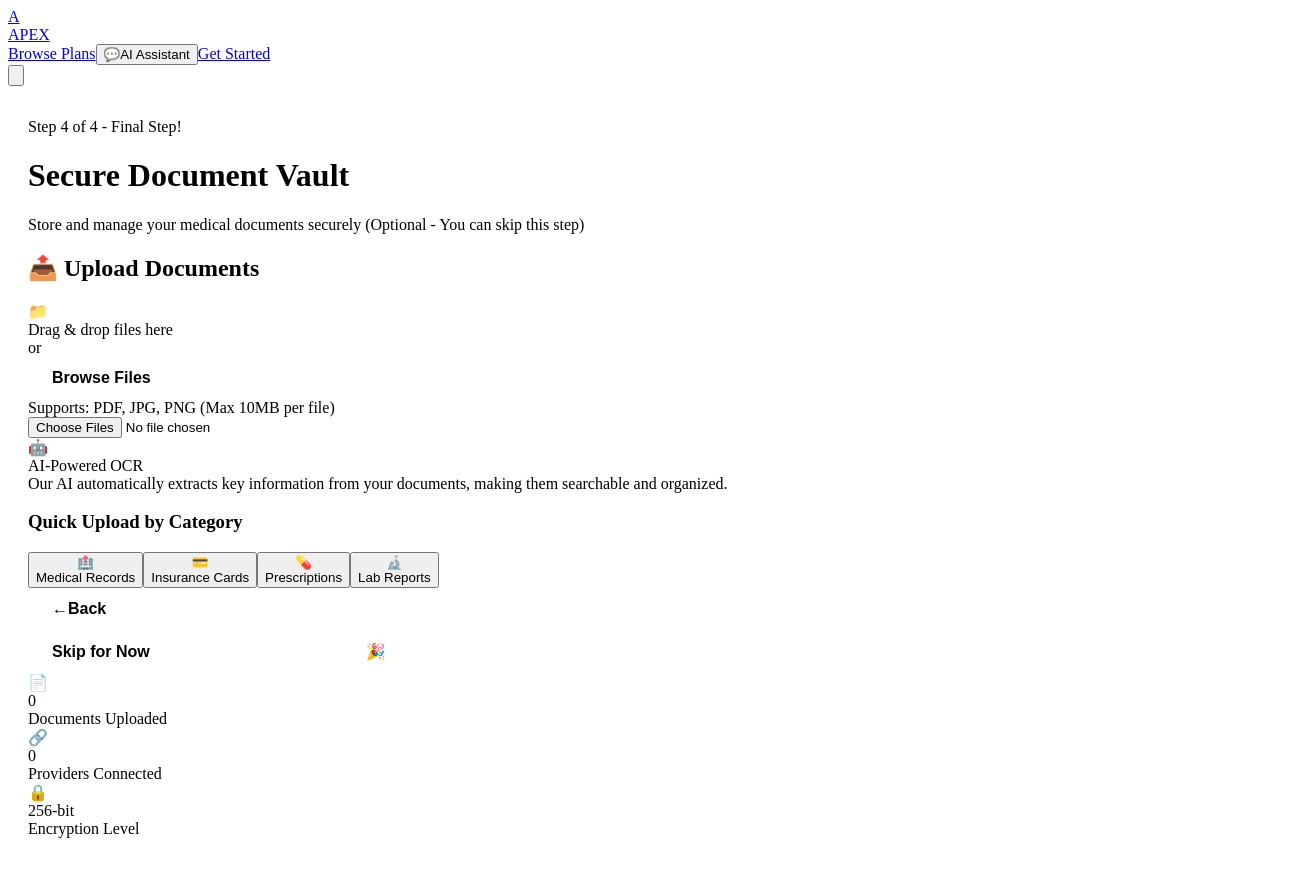
Repository: hmhhmm/Apex-AI-Driven-Insurance-Recommendation-System
Page: /onboarding/documents (app in client/)
The author's editor kept a copy of each file at every save. The page is drawn from the files as they stood at one save, then again after the next save.
The browser window is 1280 px wide. The page is 1312 px wide, then 1280 px, then 1312 px, so the pictures cover 1312 px, including what lies to the right of the window. The pictures show the whole page.
The project was rebuilt for these pictures with package versions that can differ from the ones it lists, and the page was loaded fresh each time. Also part of the build but not shown: client/src/components/chat/ChatHeader.tsx, client/src/components/chat/ChatMessages.tsx, client/src/components/chat/QuickActions.tsx, client/src/components/chat/ChatInput.tsx, client/src/pages/Landing.tsx, client/src/pages/Dashboard.tsx, client/src/pages/Claims.tsx, client/src/store/cartStore.ts and 9 more.

Above is the page before, as saved 2025-11-01 19:17:43.

### client/index.html
<!DOCTYPE html>
<html lang="en">
  <head>
    <meta charset="UTF-8" />
    <meta name="viewport" content="width=device-width, initial-scale=1.0" />
    <title>APEX</title>
  </head>
  <body>
    <div id="root"></div>
    <script type="module" src="/src/main.tsx"></script>
  </body>
</html>

### client/src/main.tsx
import React from 'react'
import { createRoot } from 'react-dom/client'
import App from './App'
import './styles.css'

const container = document.getElementById('root')!
const root = createRoot(container)
root.render(
  <React.StrictMode>
    <App />
  </React.StrictMode>
)

### client/src/store/authStore.ts
import { create } from 'zustand'
import { persist } from 'zustand/middleware'

interface User {
  id: string
  email: string
  name: string
  hasPurchased: boolean
  activePlans?: any[]
}

interface AuthState {
  user: User | null
  isAuthenticated: boolean
  login: (email: string, password: string) => Promise<void>
  signup: (email: string, password: string, name: string) => Promise<void>
  logout: () => void
}

export const useAuthStore = create<AuthState>()(
  persist(
    (set) => ({
      user: null,
      isAuthenticated: false,

      login: async (email, password) => {
        // Mock login - replace with real API call
        await new Promise(resolve => setTimeout(resolve, 1000))

        const mockUser: User = {
          id: '1',
          email,
          name: email.split('@')[0],
          hasPurchased: false,
        }

        set({ user: mockUser, isAuthenticated: true })
      },

      signup: async (email, password, name) => {
        // Mock signup - replace with real API call
        await new Promise(resolve => setTimeout(resolve, 1000))

        const mockUser: User = {
          id: Math.random().toString(36).substr(2, 9),
          email,
          name,
          hasPurchased: false,
        }

        set({ user: mockUser, isAuthenticated: true })
      },

      logout: () => {
        set({ user: null, isAuthenticated: false })
      },
    }),
    {
      name: 'apex-auth',
    }
  )
)

### client/src/hooks/useChatPanel.ts
import { useEffect } from 'react'
import { useLocation } from 'react-router-dom'
import { useChatPanelStore } from '../store/chatPanelStore'

export const useChatPanel = () => {
  const location = useLocation()
  const {
    isOpen,
    messages,
    isTyping,
    openChat,
    closeChat,
    toggleChat,
    sendMessage,
    setContext,
    markAsRead
  } = useChatPanelStore()

  // Update context when route changes
  useEffect(() => {
    setContext(location.pathname)
  }, [location.pathname, setContext])

  // Get unread message count
  const unreadCount = messages.filter(m => !m.read && m.type === 'bot').length

  return {
    isOpen,
    messages,
    isTyping,
    unreadCount,
    openChat,
    closeChat,
    toggleChat,
    sendMessage,
    markAsRead,
    currentPage: location.pathname,
  }
}

### client/src/hooks/useKeyboardShortcut.ts
import { useEffect } from 'react'

interface KeyboardShortcutOptions {
  key: string
  ctrlKey?: boolean
  metaKey?: boolean
  shiftKey?: boolean
  altKey?: boolean
  callback: () => void
}

export const useKeyboardShortcut = ({
  key,
  ctrlKey = false,
  metaKey = false,
  shiftKey = false,
  altKey = false,
  callback,
}: KeyboardShortcutOptions) => {
  useEffect(() => {
    const handleKeyDown = (event: KeyboardEvent) => {
      // Check if all modifier keys match
      const ctrlMatch = ctrlKey ? event.ctrlKey : !event.ctrlKey
      const metaMatch = metaKey ? event.metaKey : !event.metaKey
      const shiftMatch = shiftKey ? event.shiftKey : !event.shiftKey
      const altMatch = altKey ? event.altKey : !event.altKey

      // Check if key matches (case-insensitive)
      const keyMatch = event.key.toLowerCase() === key.toLowerCase()

      if (keyMatch && ctrlMatch && metaMatch && shiftMatch && altMatch) {
        event.preventDefault()
        callback()
      }
    }

    window.addEventListener('keydown', handleKeyDown)
    return () => window.removeEventListener('keydown', handleKeyDown)
  }, [key, ctrlKey, metaKey, shiftKey, altKey, callback])
}

// Specific hook for chat toggle (Cmd/Ctrl + K)
export const useChatToggleShortcut = (callback: () => void) => {
  useKeyboardShortcut({
    key: 'k',
    ctrlKey: true,
    metaKey: true, // Works for both Ctrl (Windows) and Cmd (Mac)
    callback,
  })
}

// Specific hook for closing chat (Escape)
export const useEscapeKey = (callback: () => void) => {
  useKeyboardShortcut({
    key: 'Escape',
    callback,
  })
}

### client/src/pages/onboarding/DocumentVault/index.tsx
import { useState, useRef } from 'react'
import { motion, AnimatePresence } from 'framer-motion'
import { useNavigate } from 'react-router-dom'
import { useOnboardingStore, type DocumentVaultData } from '../../../store/onboardingStore'

type TabType = 'upload' | 'import' | 'manage'

interface UploadedDoc {
  id: string
  name: string
  type: 'medical' | 'insurance' | 'prescription' | 'lab-report'
  uploadDate: string
  url: string
  size: number
}

export default function DocumentVault() {
  const navigate = useNavigate()
  const { saveDocumentVault, completeOnboarding, goToPreviousStep } = useOnboardingStore()
  const [activeTab, setActiveTab] = useState<TabType>('upload')
  const [uploadedDocs, setUploadedDocs] = useState<UploadedDoc[]>([])
  const [connectedProviders, setConnectedProviders] = useState<string[]>([])
  const [isDragging, setIsDragging] = useState(false)
  const [isProcessing, setIsProcessing] = useState(false)
  const fileInputRef = useRef<HTMLInputElement>(null)

  const docTypes = [
    { id: 'medical', label: 'Medical Records', icon: '🏥', color: 'blue' },
    { id: 'insurance', label: 'Insurance Cards', icon: '💳', color: 'purple' },
    { id: 'prescription', label: 'Prescriptions', icon: '💊', color: 'green' },
    { id: 'lab-report', label: 'Lab Reports', icon: '🔬', color: 'pink' }
  ]

  const providers = [
    { id: 'epic', name: 'Epic MyChart', icon: '🏥', connected: false },
    { id: 'kaiser', name: 'Kaiser Permanente', icon: '⚕️', connected: false },
    { id: 'anthem', name: 'Anthem Blue Cross', icon: '💙', connected: false },
    { id: 'cigna', name: 'Cigna', icon: '📋', connected: false }
  ]

  const handleFileUpload = async (files: FileList | null, type: string) => {
    if (!files) return

    const newDocs: UploadedDoc[] = Array.from(files).map(file => ({
      id: Math.random().toString(36).substr(2, 9),
      name: file.name,
      type: type as any,
      uploadDate: new Date().toISOString(),
      url: URL.createObjectURL(file),
      size: file.size
    }))

    setUploadedDocs(prev => [...prev, ...newDocs])
  }

  const handleDrop = (e: React.DragEvent) => {
    e.preventDefault()
    setIsDragging(false)
    handleFileUpload(e.dataTransfer.files, 'medical')
  }

  const connectProvider = async (providerId: string) => {
    setIsProcessing(true)
    await new Promise(resolve => setTimeout(resolve, 1500))
    setConnectedProviders(prev => [...prev, providerId])
    setIsProcessing(false)
  }

  const handleComplete = async () => {
    saveDocumentVault({
      uploadedDocs,
      connectedProviders
    })
    completeOnboarding()
    navigate('/dashboard')
  }

  const handleBack = () => {
    goToPreviousStep()
    navigate('/onboarding/dna-test')
  }

  return (
    <div className="min-h-screen bg-black py-12">
      <div className="max-w-6xl mx-auto px-4 sm:px-6 lg:px-8">

        {/* Header */}
        <motion.div
          initial={{ opacity: 0, y: 20 }}
          animate={{ opacity: 1, y: 0 }}
          className="text-center mb-12"
        >
          <div className="inline-block mb-4">
            <span className="px-4 py-2 bg-blue-950/50 text-blue-400 rounded-full text-sm font-semibold border border-blue-800/30">
              Step 4 of 4 - Final Step!
            </span>
          </div>
          <h1 className="text-4xl md:text-5xl font-bold mb-4">
            <span className="text-gradient">Secure Document Vault</span>
          </h1>
          <p className="text-xl text-gray-400 max-w-2xl mx-auto">
            Store and manage your medical documents securely (Optional - You can skip this step)
          </p>

          {/* Progress Bar */}
          <div className="mt-8 w-full bg-zinc-900 rounded-full h-2">
            <div className="bg-gradient-to-r from-blue-600 to-purple-600 h-2 rounded-full transition-all duration-500" style={{ width: '100%' }}></div>
          </div>
        </motion.div>

        {/* Upload Content */}
        <motion.div
          initial={{ opacity: 0, y: 20 }}
          animate={{ opacity: 1, y: 0 }}
          transition={{ delay: 0.2 }}
          className="space-y-6"
        >
              {/* Drag & Drop Zone */}
              <div className="card">
                <h2 className="text-2xl font-bold text-white mb-6 flex items-center gap-2">
                  <span>📤</span> Upload Documents
                </h2>

                <div
                  onDrop={handleDrop}
                  onDragOver={(e) => { e.preventDefault(); setIsDragging(true); }}
                  onDragLeave={() => setIsDragging(false)}
                  className={`border-2 border-dashed rounded-xl p-12 text-center transition-all duration-300 ${
                    isDragging
                      ? 'border-blue-500 bg-blue-950/30'
                      : 'border-zinc-700 hover:border-zinc-600'
                  }`}
                >
                  <div className="text-5xl mb-4">📁</div>
                  <div className="text-lg font-semibold text-white mb-2">
                    Drag & drop files here
                  </div>
                  <div className="text-sm text-gray-400 mb-4">or</div>
                  <button
                    type="button"
                    onClick={() => fileInputRef.current?.click()}
                    className="btn-secondary"
                  >
                    Browse Files
                  </button>
                  <div className="text-xs text-gray-500 mt-4">
                    Supports: PDF, JPG, PNG (Max 10MB per file)
                  </div>

                  <input
                    ref={fileInputRef}
                    type="file"
                    multiple
                    accept=".pdf,.jpg,.jpeg,.png"
                    onChange={(e) => handleFileUpload(e.target.files, 'medical')}
                    className="hidden"
                  />
                </div>

                {/* OCR Feature Highlight */}
                <div className="mt-6 p-4 bg-purple-950/20 rounded-lg border border-purple-800/30">
                  <div className="flex items-start gap-3">
                    <span className="text-2xl">🤖</span>
                    <div>
                      <div className="font-semibold text-white mb-1">AI-Powered OCR</div>
                      <div className="text-sm text-gray-400">
                        Our AI automatically extracts key information from your documents,
                        making them searchable and organized.
                      </div>
                    </div>
                  </div>
                </div>
              </div>

              {/* Quick Category Upload */}
              <div className="card">
                <h3 className="font-bold text-white mb-4">Quick Upload by Category</h3>
                <div className="grid md:grid-cols-4 gap-4">
                  {docTypes.map((type) => (
                    <button
                      key={type.id}
                      onClick={() => fileInputRef.current?.click()}
                      className="p-4 bg-zinc-900 hover:bg-zinc-800 rounded-xl border border-zinc-800 hover:border-blue-500 text-center transition-all duration-300"
                    >
                      <div className="text-3xl mb-2">{type.icon}</div>
                      <div className="text-sm font-medium text-white">{type.label}</div>
                    </button>
                  ))}
                </div>
              </div>
            </motion.div>

        {/* Navigation */}
        <motion.div
          initial={{ opacity: 0 }}
          animate={{ opacity: 1 }}
          transition={{ delay: 0.3 }}
          className="flex justify-between items-center mt-12"
        >
          <button
            onClick={handleBack}
            className="btn-secondary flex items-center gap-2"
          >
            <span>←</span>
            Back
          </button>

          <div className="flex gap-4">
            <button
              onClick={handleComplete}
              className="btn-secondary"
            >
              Skip for Now
            </button>

            <button
              onClick={handleComplete}
              className="btn-primary flex items-center gap-2"
            >
              Complete Onboarding
              <span>🎉</span>
            </button>
          </div>
        </motion.div>

        {/* Stats */}
        <motion.div
          initial={{ opacity: 0 }}
          animate={{ opacity: 1 }}
          transition={{ delay: 0.4 }}
          className="mt-12 grid md:grid-cols-3 gap-4"
        >
          <div className="card text-center">
            <div className="text-3xl mb-2">📄</div>
            <div className="text-2xl font-bold text-white">{uploadedDocs.length}</div>
            <div className="text-sm text-gray-500">Documents Uploaded</div>
          </div>
          <div className="card text-center">
            <div className="text-3xl mb-2">🔗</div>
            <div className="text-2xl font-bold text-white">{connectedProviders.length}</div>
            <div className="text-sm text-gray-500">Providers Connected</div>
          </div>
          <div className="card text-center">
            <div className="text-3xl mb-2">🔒</div>
            <div className="text-2xl font-bold text-white">256-bit</div>
            <div className="text-sm text-gray-500">Encryption Level</div>
          </div>
        </motion.div>
      </div>
    </div>
  )
}

### client/src/components/chat/ChatToggleButton.tsx
import { useChatPanel } from '../../hooks/useChatPanel'

const ChatToggleButton = () => {
  const { isOpen, toggleChat, unreadCount } = useChatPanel()

  return (
    <button
      onClick={toggleChat}
      className="relative flex items-center gap-2 px-4 py-2 bg-gradient-to-r from-blue-600 to-purple-600 text-white rounded-lg hover:shadow-lg hover:shadow-blue-500/50 transition-all duration-300"
      title="Toggle AI Assistant (Cmd/Ctrl + K)"
    >
      <span className="text-xl">💬</span>
      <span className="hidden sm:inline font-medium">AI Assistant</span>

      {!isOpen && unreadCount > 0 && (
        <span className="absolute -top-1 -right-1 w-5 h-5 bg-red-500 rounded-full text-xs flex items-center justify-center font-bold animate-pulse">
          {unreadCount}
        </span>
      )}
    </button>
  )
}

export default ChatToggleButton

Loaded but not shown: client/src/styles.css (704 lines, source omitted); client/src/components/layout/Navigation.tsx (172 lines, source omitted); client/src/store/chatPanelStore.ts (182 lines, source omitted); client/src/store/onboardingStore.ts (165 lines, source omitted); client/src/App.tsx (89 lines, source omitted); client/src/components/chat/ChatPanel.tsx (70 lines, source omitted)

After the next save:
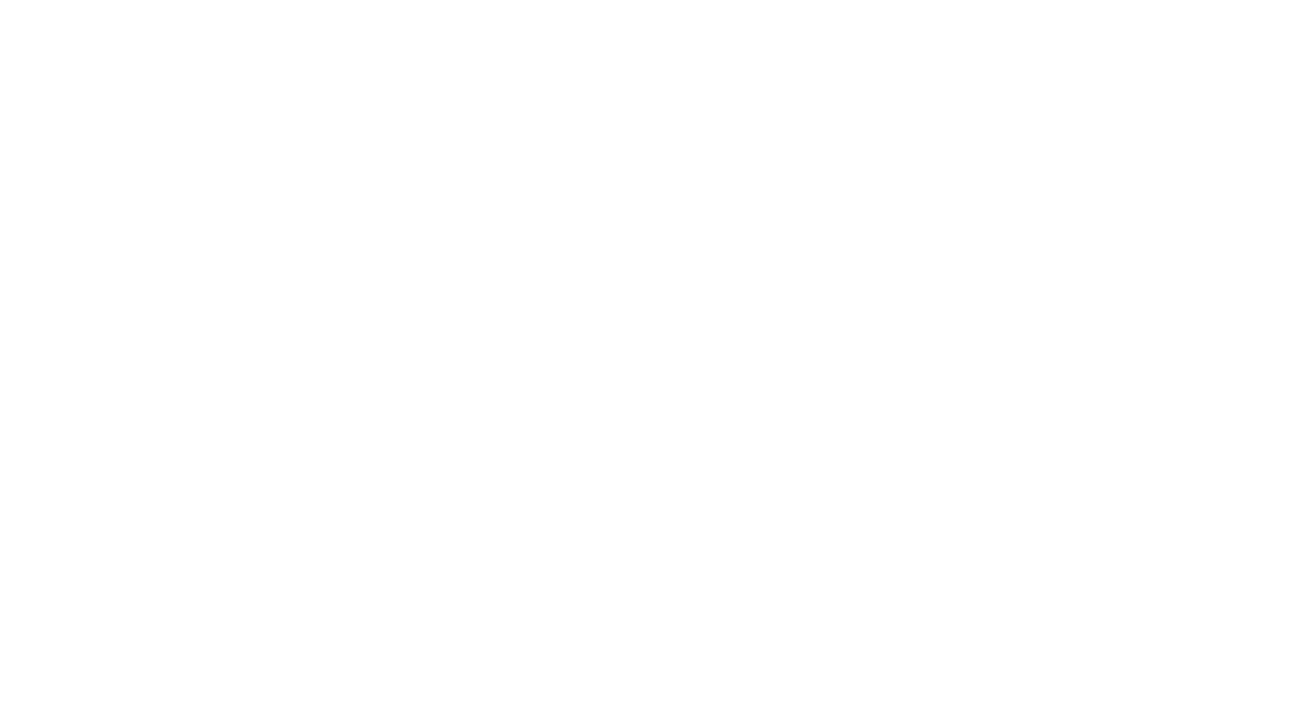
Console error: ReferenceError: connectedProviders is not defined
Saved 13 s later.
--- a/client/src/pages/onboarding/DocumentVault/index.tsx
+++ b/client/src/pages/onboarding/DocumentVault/index.tsx
@@ -2,8 +2,6 @@
 import { motion, AnimatePresence } from 'framer-motion'
 import { useNavigate } from 'react-router-dom'
 import { useOnboardingStore, type DocumentVaultData } from '../../../store/onboardingStore'
-
-type TabType = 'upload' | 'import' | 'manage'
 
 interface UploadedDoc {
   id: string
@@ -17,11 +15,8 @@
 export default function DocumentVault() {
   const navigate = useNavigate()
   const { saveDocumentVault, completeOnboarding, goToPreviousStep } = useOnboardingStore()
-  const [activeTab, setActiveTab] = useState<TabType>('upload')
   const [uploadedDocs, setUploadedDocs] = useState<UploadedDoc[]>([])
-  const [connectedProviders, setConnectedProviders] = useState<string[]>([])
   const [isDragging, setIsDragging] = useState(false)
-  const [isProcessing, setIsProcessing] = useState(false)
   const fileInputRef = useRef<HTMLInputElement>(null)
 
   const docTypes = [

After the 2 saves that followed:
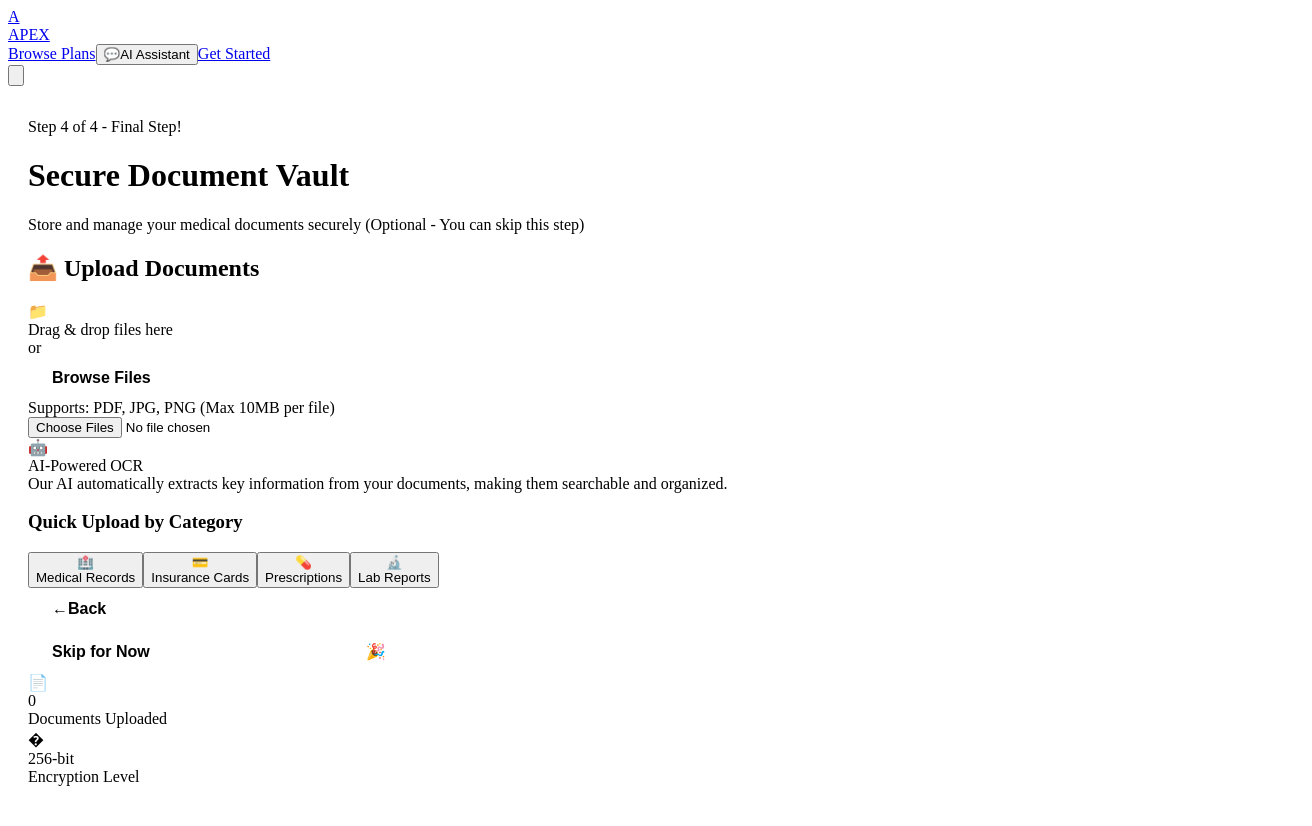
The error is gone.
The 2 saves are shown as one change because 1 left the picture as it was.
The last was saved 25 s later.
--- a/client/src/pages/onboarding/DocumentVault/index.tsx
+++ b/client/src/pages/onboarding/DocumentVault/index.tsx
@@ -26,13 +26,6 @@
     { id: 'lab-report', label: 'Lab Reports', icon: '🔬', color: 'pink' }
   ]
 
-  const providers = [
-    { id: 'epic', name: 'Epic MyChart', icon: '🏥', connected: false },
-    { id: 'kaiser', name: 'Kaiser Permanente', icon: '⚕️', connected: false },
-    { id: 'anthem', name: 'Anthem Blue Cross', icon: '💙', connected: false },
-    { id: 'cigna', name: 'Cigna', icon: '📋', connected: false }
-  ]
-
   const handleFileUpload = async (files: FileList | null, type: string) => {
     if (!files) return
 
@@ -54,17 +47,10 @@
     handleFileUpload(e.dataTransfer.files, 'medical')
   }
 
-  const connectProvider = async (providerId: string) => {
-    setIsProcessing(true)
-    await new Promise(resolve => setTimeout(resolve, 1500))
-    setConnectedProviders(prev => [...prev, providerId])
-    setIsProcessing(false)
-  }
-
   const handleComplete = async () => {
     saveDocumentVault({
       uploadedDocs,
-      connectedProviders
+      connectedProviders: []
     })
     completeOnboarding()
     navigate('/dashboard')
@@ -223,21 +209,16 @@
           initial={{ opacity: 0 }}
           animate={{ opacity: 1 }}
           transition={{ delay: 0.4 }}
-          className="mt-12 grid md:grid-cols-3 gap-4"
+          className="mt-12 grid md:grid-cols-2 gap-6"
         >
           <div className="card text-center">
-            <div className="text-3xl mb-2">📄</div>
-            <div className="text-2xl font-bold text-white">{uploadedDocs.length}</div>
+            <div className="text-4xl mb-2">📄</div>
+            <div className="text-3xl font-bold text-white">{uploadedDocs.length}</div>
             <div className="text-sm text-gray-500">Documents Uploaded</div>
           </div>
           <div className="card text-center">
-            <div className="text-3xl mb-2">🔗</div>
-            <div className="text-2xl font-bold text-white">{connectedProviders.length}</div>
-            <div className="text-sm text-gray-500">Providers Connected</div>
-          </div>
-          <div className="card text-center">
-            <div className="text-3xl mb-2">🔒</div>
-            <div className="text-2xl font-bold text-white">256-bit</div>
+            <div className="text-4xl mb-2">�</div>
+            <div className="text-3xl font-bold text-white">256-bit</div>
             <div className="text-sm text-gray-500">Encryption Level</div>
           </div>
         </motion.div>
